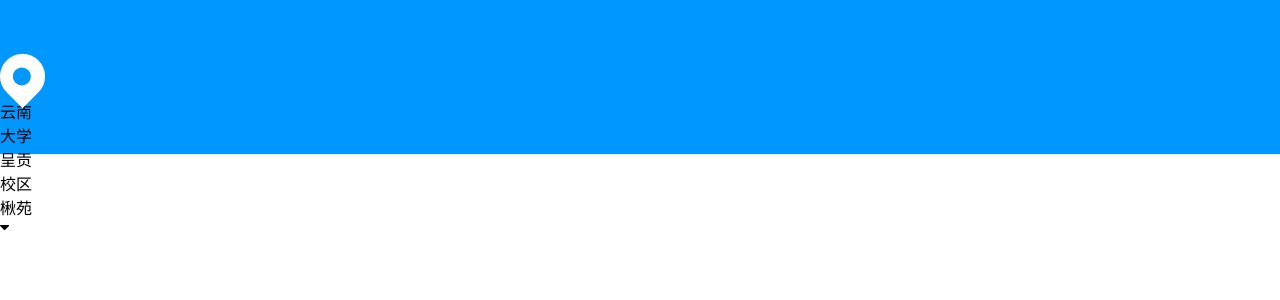
Repository: F000top/ele
Page: index.html
An editor plug-in stored every save of this project. The page is shown before and after a run of saves, followed by the edit.
The browser window is 1280 px wide. The pictures show the whole page.

Above is the page before, as saved 2022-06-07 20:21:35.

After the next 3 saves:
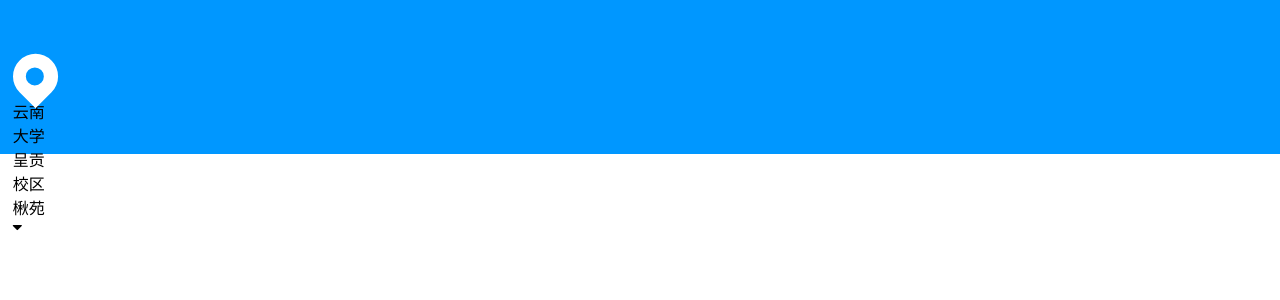
The 3 saves are shown as one change because they came seconds apart.
The last was saved 9 s later.
--- a/css/index.css
+++ b/css/index.css
@@ -17,5 +17,5 @@
 .wrapper header .icon-location-box{
     width: 3.5vw;
     height: 3.5vw;
-    margin: 0 ;
+    margin: 0 1vw 0 ;
 }
